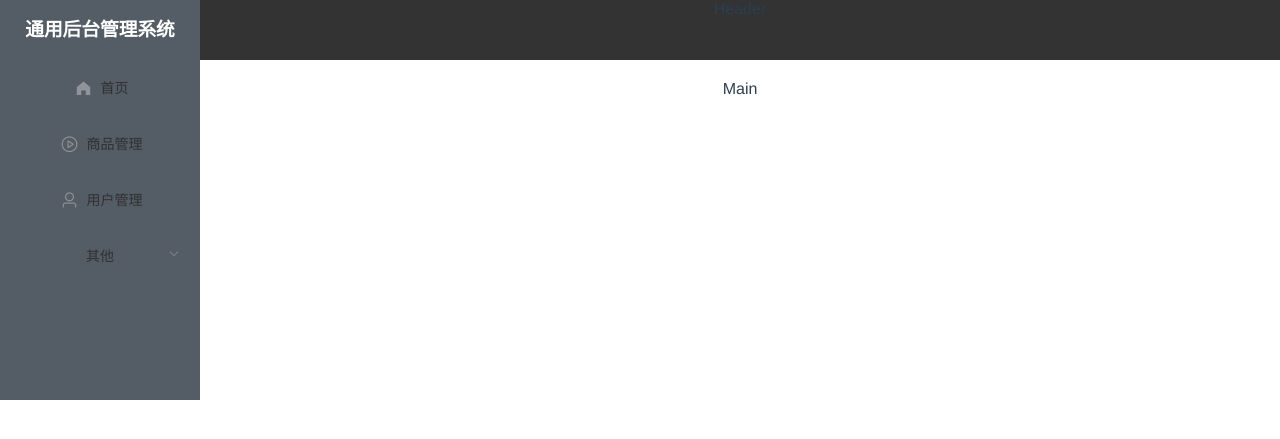
Repository: zhangwen001208/cmd
Page: /
The author's editor kept a copy of each file at every save. The page is drawn from the files as they stood at one save, then again after the next save.
The browser window is 1280 px wide. The pictures show the whole page.
The project was rebuilt for these pictures with package versions that can differ from the ones it lists, and the page was loaded fresh each time. Also part of the build but not shown: vue.config.js.

Above is the page before, as saved 2022-08-24 17:22:10.

After the next save:
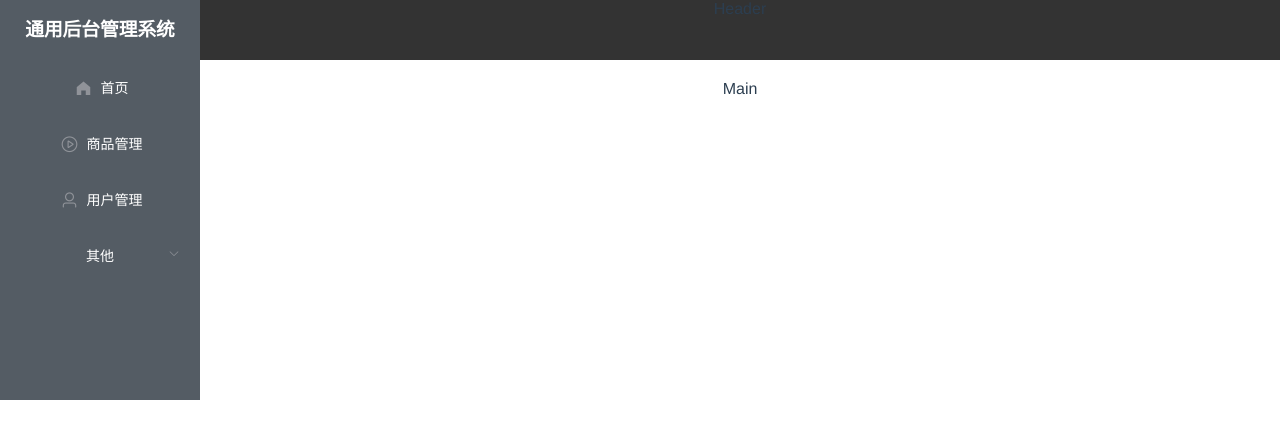
Saved 107 s later.
--- a/src/components/HomeAside.vue
+++ b/src/components/HomeAside.vue
@@ -1,5 +1,12 @@
 <template>
-<el-menu  default-active="1-4-1" class="el-menu-vertical-demo" @open="handleOpen" @close="handleClose" :collapse="isCollapse">
+<el-menu  default-active="1-4-1"
+    class="el-menu-vertical-demo"
+     background-color= '#545c64'
+     text-color="#fff"
+     active-text-color="#ffdo4b"
+
+    @open="handleOpen" @close="handleClose"
+    :collapse="isCollapse">
   <h3>通用后台管理系统</h3>
   <el-menu-item v-for="item in nochildren" index="item.path" :key="item.path">
     <i :class="'el-icon-'+item.icon"></i>
@@ -99,10 +106,10 @@ export default {
   .el-menu-vertical-demo:not(.el-menu--collapse) {
     width: 200px;
     min-height: 400px;
-    background-color: #545c65;
+
   }
   .el-menu {
-
+    height: 100%;
     border: none;
     h3{
       color: #fff;
